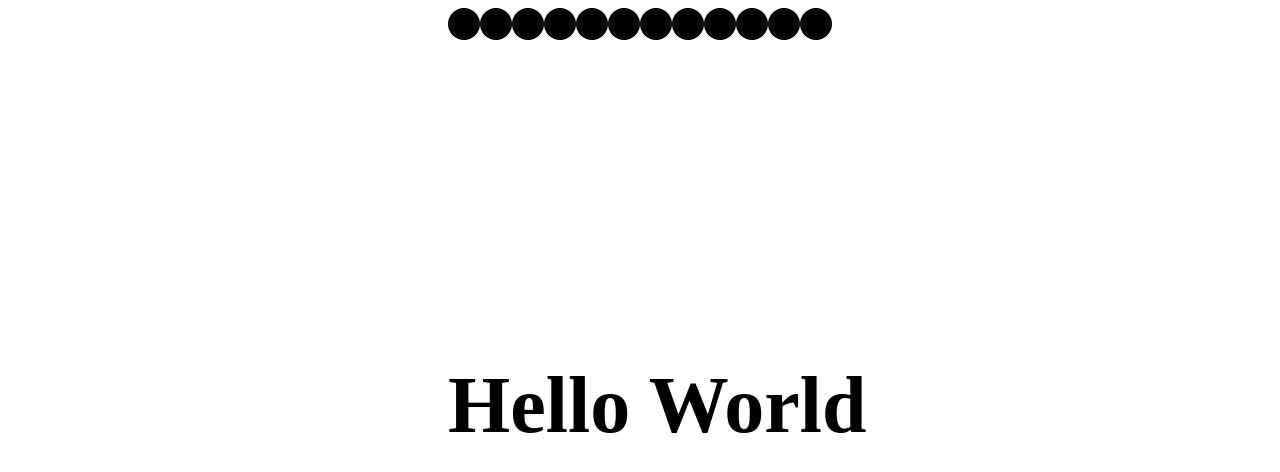
Repository: sarahlochhead/css-demo
Page: index.html
These files come from the project's save history. The page is drawn as it stood at one moment and after a run of saves; the edit follows.
The browser window is 1280 px wide. The pictures show the whole page.

Above is the page before, as saved 2023-04-28 12:24:33.

### index.html
<!DOCTYPE html>
<html lang="en">
<head>
    <meta charset="UTF-8">
    <meta http-equiv="X-UA-Compatible" content="IE=edge">
    <meta name="viewport" content="width=device-width, initial-scale=1.0">
    <title>Light It Up Demo</title>
    <link rel="stylesheet" href="styles.css">
</head>
<body class="container">
    <header>
        <h1>Hello World</h1>
    </header>
    <div class="row">


    </div>

    <div class="small"></div>
    <div class="small"></div>
    <div class="small"></div>
    <div class="small"></div>
    <div class="small"></div>
    <div class="small"></div>
    <div class="small"></div>
    <div class="small"></div>
    <div class="small"></div>
    <div class="small"></div>
    <div class="small"></div>
    <div class="small"></div>





</body>
</html>

### styles.css
@charset "utf-8";

body {
    display: flex;
    justify-content: center;
    align-items: center;
}

h1 {
    position: absolute;
    top: 50%;
    font-size: 5rem;
    margin: 0 auto;
}

.small {
    height: 2rem;
    width: 2rem;
    border-radius: 100%;
    background-color: black;
}

.medium {
    height: 4rem;
    width: 4rem;
    border-radius: 100%;
    background-color: grey;
}

After the next 2 saves:
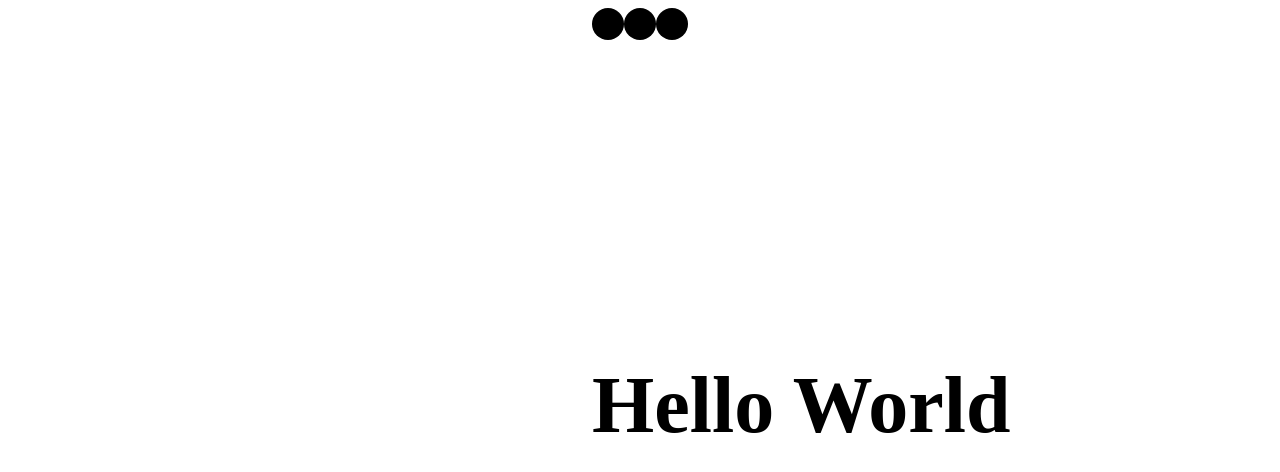
The 2 saves are shown as one change because they came seconds apart.
The last was saved 12 s later.
--- a/index.html
+++ b/index.html
@@ -19,15 +19,8 @@
     <div class="small"></div>
     <div class="small"></div>
     <div class="small"></div>
-    <div class="small"></div>
-    <div class="small"></div>
-    <div class="small"></div>
-    <div class="small"></div>
-    <div class="small"></div>
-    <div class="small"></div>
-    <div class="small"></div>
-    <div class="small"></div>
-    <div class="small"></div>
+
+
 
 
 
